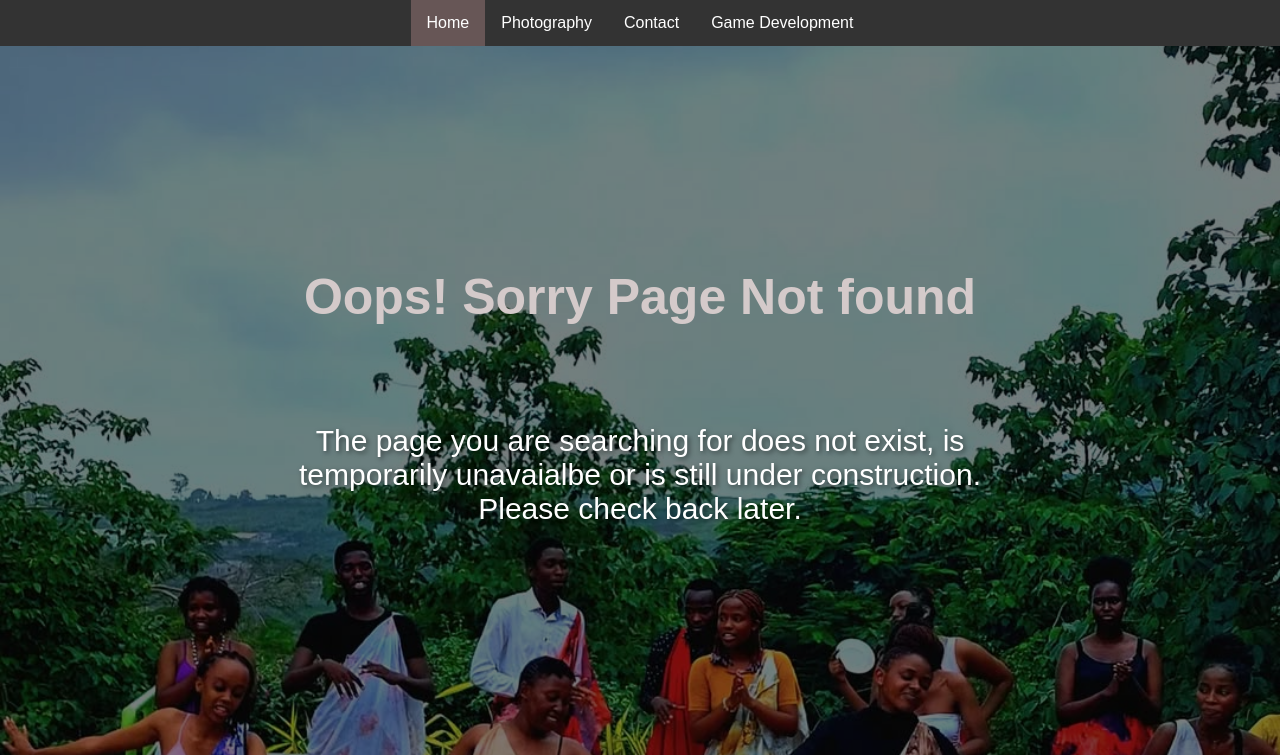
Repository: Argivist/ArgPortfolio
Page: 404.html
The author's editor kept a copy of each file at every save. The page is drawn from the files as they stood at one save, then again after the next save.
The browser window is 1280 px wide. The pictures show the whole page.
Backgrounds fixed to the window are drawn as part of the page.

Above is the page before, as saved 2025-03-28 22:17:22.

After the next save:
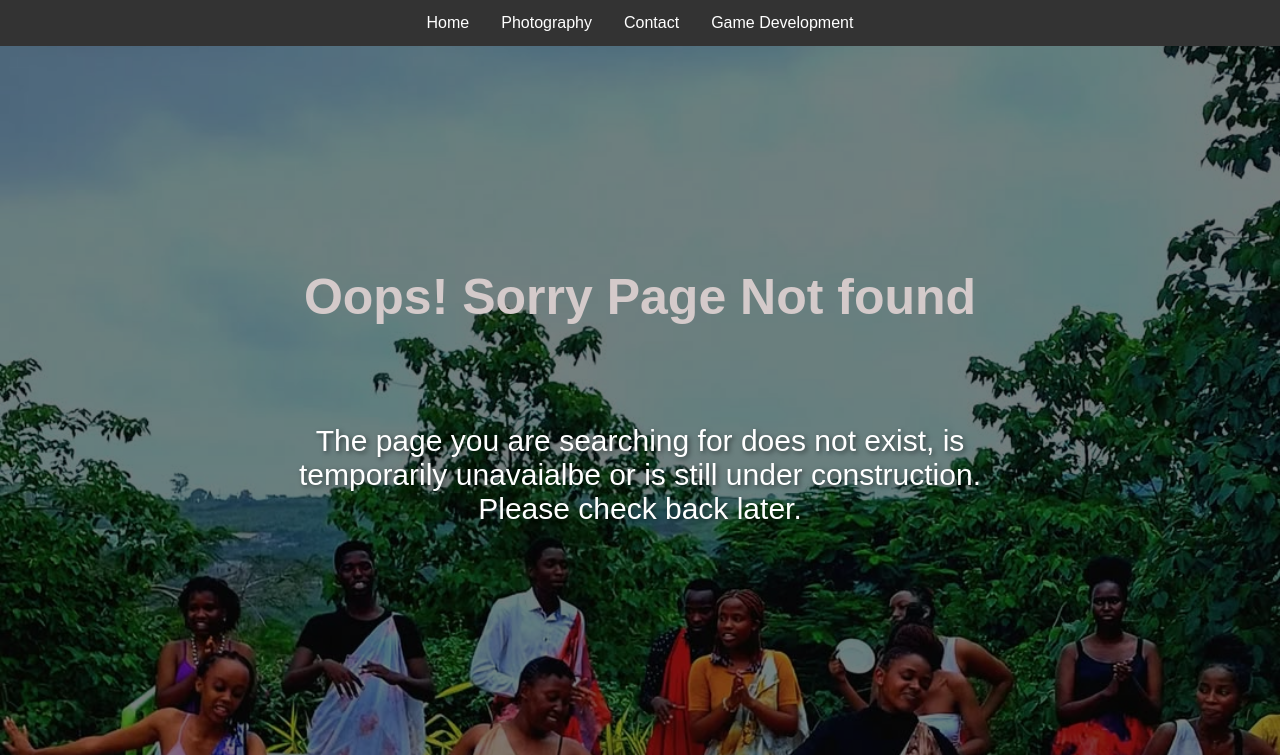
Saved 14 s later.
--- a/404.html
+++ b/404.html
@@ -21,7 +21,7 @@
 <body>
     <nav>
         <ul>
-            <li class="nav-content active active-text"><a href="index.html">Home</a></li>
+            <li class="nav-content "><a href="index.html">Home</a></li>
             <li class="nav-content"><a href="https://www.instagram.com/theworldinoneseye/">Photography</a></li>
 
             <li class="dropdown nav-content">
